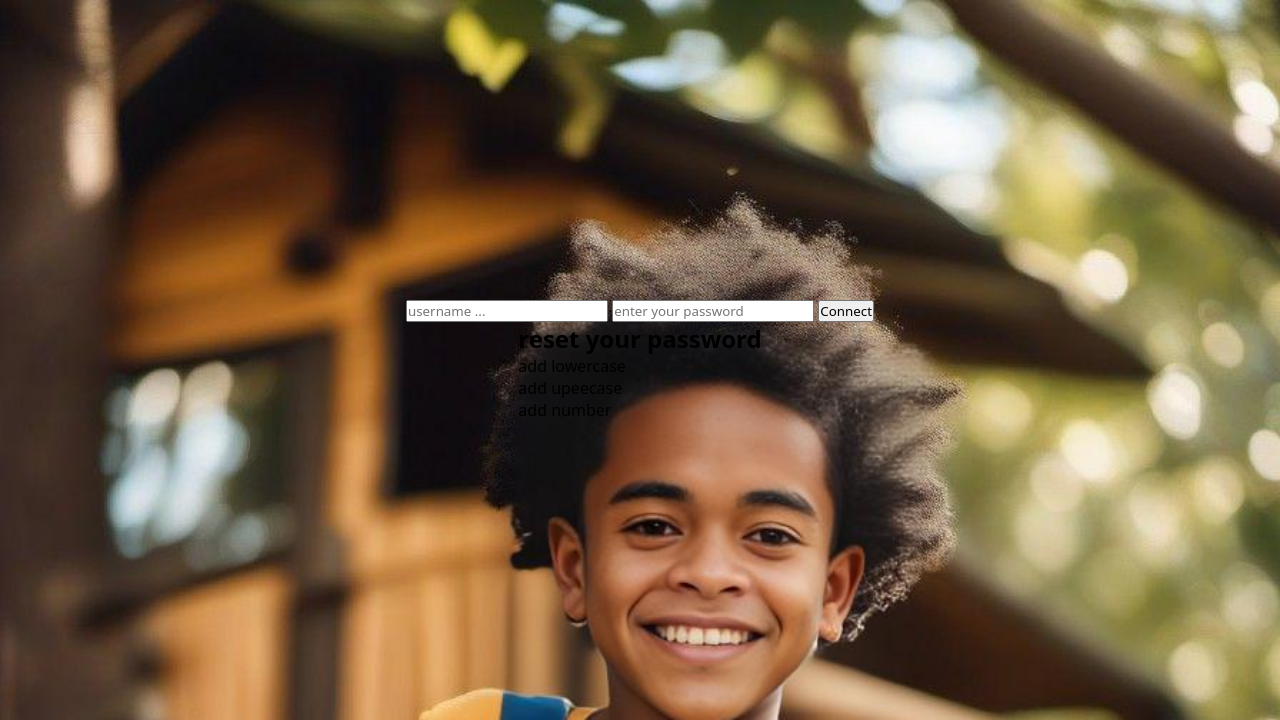
Repository: beva3/javaScrypt
Page: filter/index.html
An editor plug-in stored every save of this project. The page is shown before and after a run of saves, followed by the edit.
The browser window is 1280 px wide. The pictures show the whole page.

Above is the page before, as saved 2024-05-11 22:35:22.

After the next 3 saves:
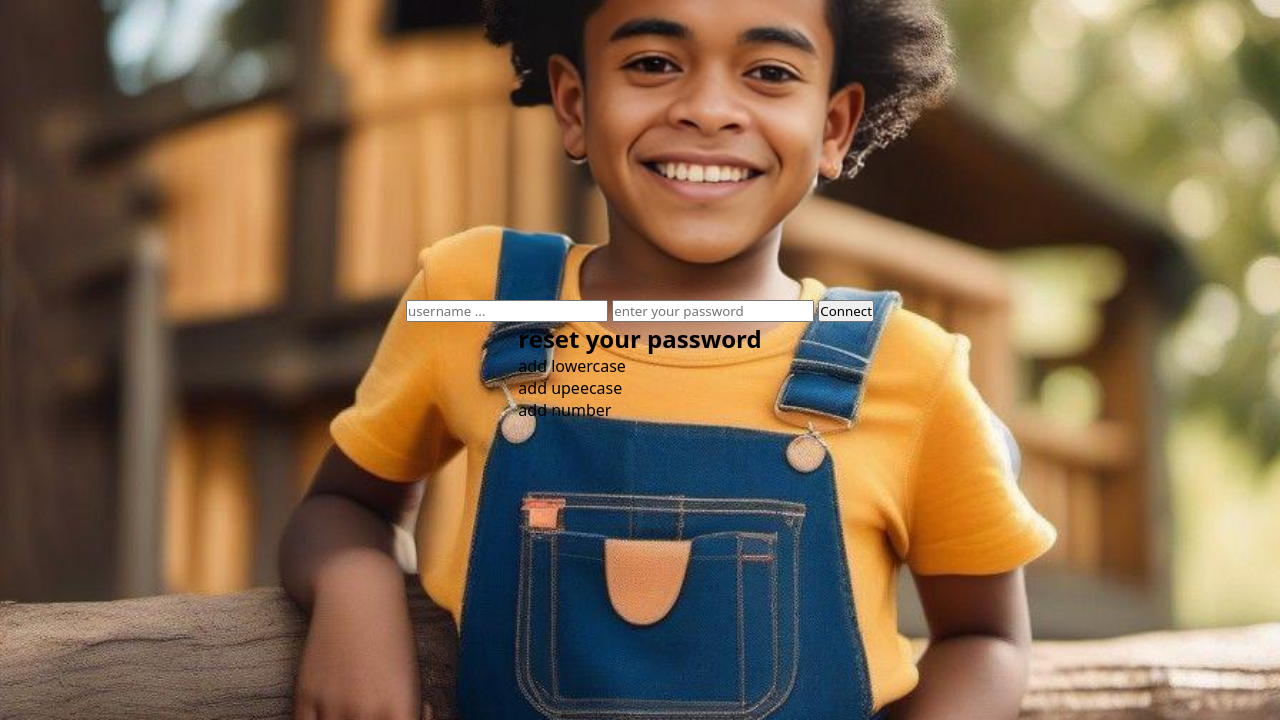
The 3 saves are shown as one change because they came seconds apart.
The last was saved 11 s later.
--- a/filter/style.css
+++ b/filter/style.css
@@ -14,4 +14,5 @@
     background: url('./raphael.jpg');
     background-repeat: no-repeat;
     background-size: cover;
+    background-position: left;
 }

After the 4 saves that followed:
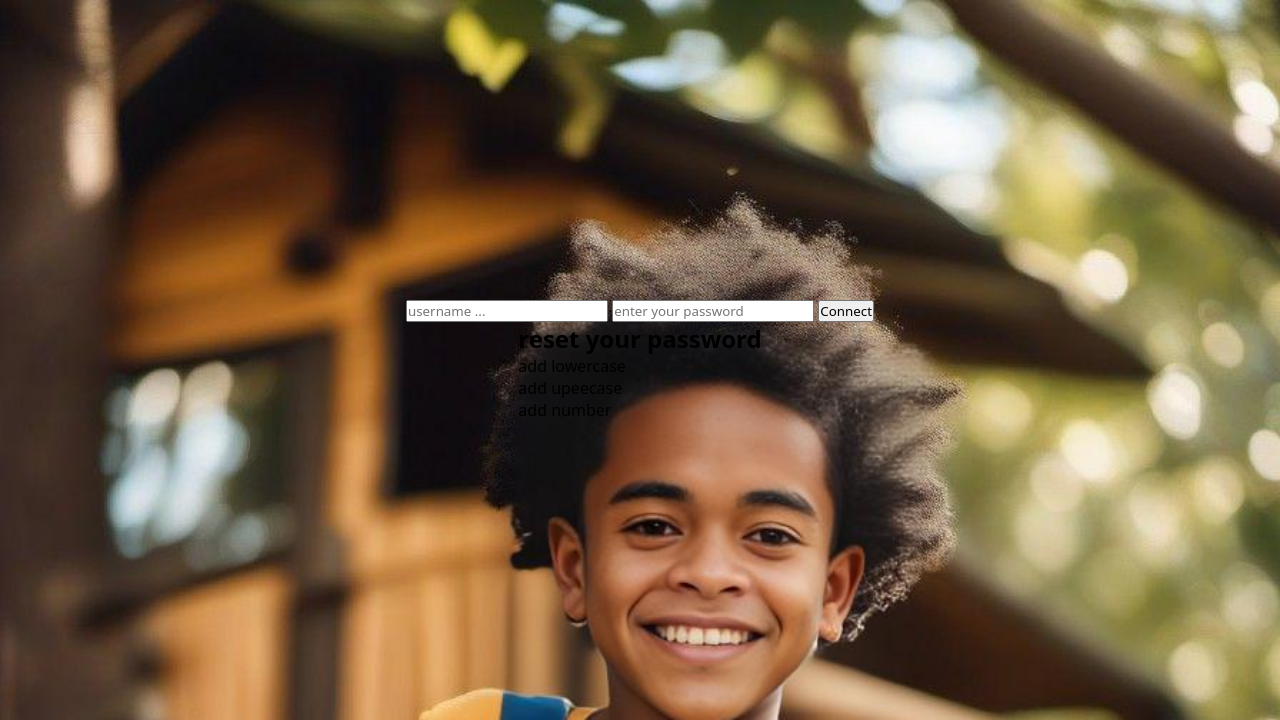
The 4 saves are shown as one change because 2 left the picture as it was and some came seconds apart.
The last was saved 38 s later.
--- a/filter/style.css
+++ b/filter/style.css
@@ -14,5 +14,5 @@
     background: url('./raphael.jpg');
     background-repeat: no-repeat;
     background-size: cover;
-    background-position: left;
+    background-position:top;
 }
